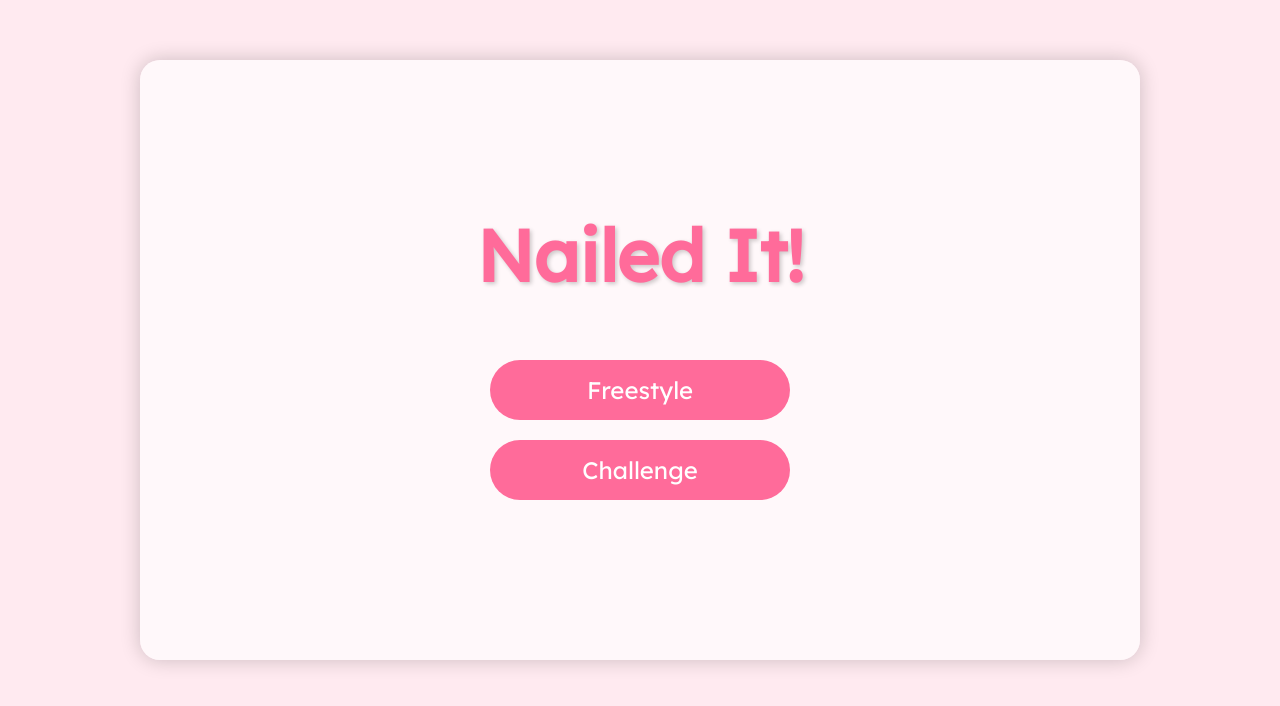
Repository: primcharlin/nailedit
Page: index.html
These files come from the project's save history. The page is drawn as it stood at one moment and after the next save; the edit follows.
The browser window is 1280 px wide. The pictures show the whole page.

Above is the page before, as saved 2025-04-24 21:10:10.
Not found: images/background.png

### index.html
<!DOCTYPE html>
<html lang="en">
    <head>
        <meta charset="UTF-8" />
        <meta
            name="viewport"
            content="width=device-width, initial-scale=1.0" />
        <title>Nail Salon Game</title>
        <link
            rel="stylesheet"
            href="styles.css" />
        <link
            href="https://fonts.googleapis.com/css2?family=Lexend&display=swap"
            rel="stylesheet" />
    </head>
    <body>
        <div id="game-container">
            <!-- Main Menu -->
            <div
                id="main-menu"
                class="menu">
                <h1>Nailed It!</h1>
                <button id="freestyle-button">Freestyle</button>
                <button id="challenge-button">Challenge</button>
            </div>

            <div
                id="character-selection"
                class="menu"
                style="display: none">
                <h1>Choose Your Character</h1>
                <div class="character-grid">
                    <div
                        class="character-option"
                        data-character="1">
                        <img
                            src="images/character1.png"
                            alt="Character 1" />
                        <p>Emma</p>
                    </div>
                    <div
                        class="character-option"
                        data-character="2">
                        <img
                            src="images/character2.png"
                            alt="Character 2" />
                        <p>Sophia</p>
                    </div>
                    <div
                        class="character-option"
                        data-character="3">
                        <img
                            src="images/character3.png"
                            alt="Character 3" />
                        <p>Olivia</p>
                    </div>
                </div>
                <button id="back-to-mode">Back</button>
            </div>

            <!-- Game Area -->
            <div
                id="game-area"
                class="game-area"
                style="display: none">
                <!-- Tools Panel will be created dynamically -->
                <div id="tools-panel"></div>

                <div id="hand">
                    <div
                        class="nail"
                        id="nail-1"></div>
                    <div
                        class="nail"
                        id="nail-2"></div>
                    <div
                        class="nail"
                        id="nail-3"></div>
                    <div
                        class="nail"
                        id="nail-4"></div>
                    <div
                        class="nail"
                        id="nail-5"></div>
                </div>

                <!-- Challenge Mode UI -->
                <div id="challenge-ui">
                    <h2>Reference Design</h2>
                    <div id="reference-image">
                        <div
                            class="reference-nail"
                            id="ref-nail-1"></div>
                        <div
                            class="reference-nail"
                            id="ref-nail-2"></div>
                        <div
                            class="reference-nail"
                            id="ref-nail-3"></div>
                        <div
                            class="reference-nail"
                            id="ref-nail-4"></div>
                        <div
                            class="reference-nail"
                            id="ref-nail-5"></div>
                    </div>
                    <div id="timer">60</div>
                </div>

                <!-- Controls -->
                <div id="controls">
                    <button
                        class="control-button"
                        id="reset-button">
                        Reset
                    </button>
                    <button
                        class="control-button"
                        id="back-button">
                        Main Menu
                    </button>
                    <button
                        class="control-button"
                        id="done-button">
                        Done
                    </button>
                </div>
            </div>

            <!-- Result Modal -->
            <div id="result-modal">
                <h2 id="result-title">Challenge Complete!</h2>
                <p id="result-message">You scored 85% match. Great job!</p>
                <div id="result-buttons">
                    <button
                        class="control-button"
                        id="try-again-button">
                        Try Again
                    </button>
                    <button
                        class="control-button"
                        id="menu-button">
                        Main Menu
                    </button>
                </div>
            </div>
        </div>

        <script src="script.js"></script>
    </body>
</html>

### styles.css
* {
    margin: 0;
    padding: 0;
    box-sizing: border-box;
    font-family: "Lexend", sans-serif;
}

body {
    background-color: #ffeaf0;
    display: flex;
    justify-content: center;
    align-items: center;
    min-height: 100vh;
    overflow: hidden;
}

h1 {
    font-family: "Lexend", sans-serif;
}

#game-container {
    width: 1000px;
    height: 600px;
    position: relative;
    background-image: url("images/background.png");
    background-size: cover;
    background-position: center;
    box-shadow: 0 0 20px rgba(0, 0, 0, 0.2);
    overflow: hidden;
    border-radius: 20px;
}

/* Main Menu */
#main-menu {
    position: absolute;
    width: 100%;
    height: 100%;
    display: flex;
    flex-direction: column;
    justify-content: center;
    align-items: center;
    background-color: rgba(255, 255, 255, 0.7);
    z-index: 100;
}

#main-menu h1 {
    font-size: 72px;
    color: #ff6b9a;
    margin-bottom: 50px;
    text-shadow: 2px 2px 4px rgba(0, 0, 0, 0.2);
}

#main-menu button {
    background-color: #ff6b9a;
    color: white;
    border: none;
    padding: 15px 30px;
    margin: 10px;
    font-size: 24px;
    border-radius: 30px;
    cursor: pointer;
    transition: all 0.3s ease;
    width: 300px;
}

#main-menu button:hover {
    background-color: #ff4d85;
    transform: scale(1.05);
}

/* Character Selection */
#character-selection {
    position: absolute;
    width: 100%;
    height: 100%;
    display: flex;
    flex-direction: column;
    justify-content: center;
    align-items: center;
    background-color: rgba(255, 234, 240, 0.8);
    z-index: 100;
}

#character-selection h1 {
    font-size: 48px;
    color: #ff6b9a;
    margin-bottom: 30px;
    text-shadow: 2px 2px 4px rgba(0, 0, 0, 0.2);
}

/* Game Area */
#game-area {
    display: none;
    width: 100%;
    height: 100%;
    position: relative;
}

/* Horizontal Tools Panel */
.horizontal-tools-panel {
    position: absolute;
    top: 20px;
    left: 50%;
    transform: translateX(-50%);
    width: 90%;
    background-color: white;
    border-radius: 20px;
    padding: 15px;
    box-shadow: 0 0 15px rgba(0, 0, 0, 0.1);
    z-index: 10;
}

.category-bar {
    display: flex;
    justify-content: space-between;
    align-items: center;
}

.category-button {
    display: flex;
    flex-direction: column;
    align-items: center;
    padding: 10px;
    border-radius: 10px;
    cursor: pointer;
    transition: all 0.2s ease;
}

.category-button:hover {
    background-color: #ffdee7;
}

.category-button.active {
    background-color: #ffb8cb;
}

.category-icon {
    margin-bottom: 5px;
}

.category-name {
    font-size: 14px;
    text-align: center;
}

.options-container {
    display: none;
    margin-top: 15px;
    padding-top: 15px;
    border-top: 1px solid #eee;
    justify-content: space-between;
}

.option-item {
    width: 60px;
    height: 60px;
    display: flex;
    align-items: center;
    justify-content: center;
    border-radius: 10px;
    cursor: pointer;
    transition: all 0.2s ease;
    margin: 0 5px;
}

.option-item:hover {
    transform: scale(1.1);
}

.option-item.selected {
    border: 3px solid #ff6b9a;
}

.color-preview {
    width: 45px;
    height: 45px;
    border-radius: 50%;
}

.deco-preview {
    width: 45px;
    height: 45px;
    background-size: contain;
    background-repeat: no-repeat;
    background-position: center;
}

/* Hand area */
#hand {
    position: absolute;
    bottom: 60px;
    left: 50%;
    transform: translateX(-50%);
    width: 600px;
    height: 300px;
    background-color: #ffebe7;
    border-radius: 200px 200px 0 0;
}

.nail {
    position: absolute;
    width: 60px;
    height: 90px;
    background-color: #ffdee7;
    border-radius: 30px 30px 0 0;
    cursor: pointer;
    z-index: 5;
    transition: all 0.2s ease;
}

.nail:hover {
    transform: translateY(-5px);
}

#nail-1 {
    bottom: 50px;
    left: 120px;
    transform: rotate(-15deg);
}
#nail-2 {
    bottom: 70px;
    left: 210px;
    transform: rotate(-7deg);
}
#nail-3 {
    bottom: 80px;
    left: 300px;
}
#nail-4 {
    bottom: 70px;
    left: 390px;
    transform: rotate(7deg);
}
#nail-5 {
    bottom: 50px;
    left: 480px;
    transform: rotate(15deg);
}

/* Decoration classes */
.glitter-gold {
    background-image: radial-gradient(circle, #ffdc73 10%, transparent 10%),
        radial-gradient(circle, #ffdc73 10%, transparent 10%);
    background-color: gold;
    background-size: 10px 10px;
    background-position: 0 0, 5px 5px;
}
.glitter-silver {
    background-image: radial-gradient(circle, #ffffff 10%, transparent 10%),
        radial-gradient(circle, #ffffff 10%, transparent 10%);
    background-color: silver;
    background-size: 10px 10px;
    background-position: 0 0, 5px 5px;
}
.glitter-rainbow {
    background-image: linear-gradient(
        45deg,
        red,
        orange,
        yellow,
        green,
        blue,
        indigo,
        violet
    );
}
.glitter-blue {
    background-image: radial-gradient(circle, #ffffff 10%, transparent 10%),
        radial-gradient(circle, #ffffff 10%, transparent 10%);
    background-color: #00ffff;
    background-size: 10px 10px;
    background-position: 0 0, 5px 5px;
}
.glitter-pink {
    background-image: radial-gradient(circle, #ffffff 10%, transparent 10%),
        radial-gradient(circle, #ffffff 10%, transparent 10%);
    background-color: #ff69b4;
    background-size: 10px 10px;
    background-position: 0 0, 5px 5px;
}

.pattern-stripes {
    background-image: repeating-linear-gradient(
        45deg,
        transparent,
        transparent 10px,
        #ff6b9a 10px,
        #ff6b9a 20px
    );
}
.pattern-dots {
    background-image: radial-gradient(circle, #ff6b9a 20%, transparent 20%),
        radial-gradient(circle, #ff6b9a 20%, transparent 20%);
    background-size: 20px 20px;
    background-position: 0 0, 10px 10px;
}
.pattern-zigzag {
    background-image: linear-gradient(135deg, #ff6b9a 25%, transparent 25%) 0 0,
        linear-gradient(225deg, #ff6b9a 25%, transparent 25%) 0 0,
        linear-gradient(315deg, #ff6b9a 25%, transparent 25%) 0 0,
        linear-gradient(45deg, #ff6b9a 25%, transparent 25%) 0 0;
    background-size: 20px 20px;
}
.pattern-leopard {
    background-image: radial-gradient(
        ellipse,
        #000000 0%,
        #000000 30%,
        transparent 30%
    );
    background-size: 30px 30px;
    background-repeat: repeat;
}
.pattern-marble {
    background-image: linear-gradient(
            to right,
            rgba(255, 255, 255, 0.1),
            rgba(255, 255, 255, 0.5)
        ),
        linear-gradient(120deg, rgba(0, 0, 0, 0.1), rgba(0, 0, 0, 0.3));
}

.sticker-heart:after {
    content: "❤";
    font-size: 40px;
    color: red;
    display: flex;
    justify-content: center;
    align-items: center;
    height: 100%;
}
.sticker-star:after {
    content: "★";
    font-size: 40px;
    color: gold;
    display: flex;
    justify-content: center;
    align-items: center;
    height: 100%;
}
.sticker-flower:after {
    content: "✿";
    font-size: 40px;
    color: #ff6b9a;
    display: flex;
    justify-content: center;
    align-items: center;
    height: 100%;
}
.sticker-butterfly:after {
    content: "🦋";
    font-size: 40px;
    display: flex;
    justify-content: center;
    align-items: center;
    height: 100%;
}
.sticker-diamond:after {
    content: "💎";
    font-size: 40px;
    display: flex;
    justify-content: center;
    align-items: center;
    height: 100%;
}

.gem-round:after {
    content: "";
    position: absolute;
    top: 50%;
    left: 50%;
    transform: translate(-50%, -50%);
    width: 20px;
    height: 20px;
    background-color: #00ffff;
    border-radius: 50%;
    box-shadow: 0 0 5px #00ffff, 0 0 10px #00ffff;
}
.gem-square:after {
    content: "";
    position: absolute;
    top: 50%;
    left: 50%;
    transform: translate(-50%, -50%);
    width: 20px;
    height: 20px;
    background-color: #ff00ff;
    box-shadow: 0 0 5px #ff00ff, 0 0 10px #ff00ff;
}
.gem-teardrop:after {
    content: "";
    position: absolute;
    top: 50%;
    left: 50%;
    transform: translate(-50%, -50%) rotate(45deg);
    width: 15px;
    height: 25px;
    background-color: #4169e1;
    border-radius: 50% 50% 50% 0;
    box-shadow: 0 0 5px #4169e1, 0 0 10px #4169e1;
}
.gem-heart:after {
    content: "❤";
    font-size: 25px;
    color: #ff0000;
    display: flex;
    justify-content: center;
    align-items: center;
    height: 100%;
    text-shadow: 0 0 5px #ff0000, 0 0 10px #ff0000;
}
.gem-star:after {
    content: "★";
    font-size: 25px;
    color: #ffd700;
    display: flex;
    justify-content: center;
    align-items: center;
    height: 100%;
    text-shadow: 0 0 5px #ffd700, 0 0 10px #ffd700;
}

/* Challenge Mode UI */
#challenge-ui {
    display: none;
    position: absolute;
    top: 100px;
    right: 20px;
    width: 200px;
    background-color: white;
    border-radius: 20px;
    padding: 20px;
    box-shadow: 0 0 15px rgba(0, 0, 0, 0.1);
}

#reference-image {
    width: 100%;
    height: 150px;
    background-color: #ffdee7;
    margin-bottom: 20px;
    border: 1px solid #ddd;
    border-radius: 10px;
    display: flex;
    justify-content: center;
    align-items: center;
}

#timer {
    font-size: 32px;
    text-align: center;
    margin-bottom: 20px;
    color: #ff6b9a;
}

/* UI Controls */
#controls {
    position: absolute;
    bottom: 20px;
    left: 50%;
    transform: translateX(-50%);
    display: flex;
    gap: 20px;
}

.control-button {
    background-color: #ff6b9a;
    color: white;
    border: none;
    padding: 10px 20px;
    font-size: 18px;
    border-radius: 20px;
    cursor: pointer;
    transition: all 0.3s ease;
}

.control-button:hover {
    background-color: #ff4d85;
}

/* Modal for results */
#result-modal {
    display: none;
    position: absolute;
    top: 50%;
    left: 50%;
    transform: translate(-50%, -50%);
    width: 400px;
    background-color: white;
    border-radius: 20px;
    padding: 30px;
    box-shadow: 0 0 30px rgba(0, 0, 0, 0.3);
    text-align: center;
    z-index: 200;
}

#result-title {
    font-size: 36px;
    margin-bottom: 20px;
    color: #ff6b9a;
}

#result-message {
    font-size: 20px;
    margin-bottom: 30px;
}

#result-buttons {
    display: flex;
    justify-content: center;
    gap: 20px;
}

/* Reference nails for challenge mode */
.reference-nail {
    width: 25px;
    height: 40px;
    background-color: #ffdee7;
    border-radius: 15px 15px 0 0;
    display: inline-block;
    margin: 0 3px;
}

.character-grid {
    display: grid;
    grid-template-columns: repeat(3, 1fr);
    gap: 20px;
    margin: 20px 0;
}

.character-option {
    display: flex;
    flex-direction: column;
    align-items: center;
    padding: 15px;
    border: 2px solid #ff6b9a;
    border-radius: 10px;
    cursor: pointer;
    transition: transform 0.2s, box-shadow 0.2s;
}

.character-option:hover {
    transform: scale(1.05);
    box-shadow: 0 0 15px rgba(255, 107, 154, 0.3);
}

.character-option img {
    width: 120px;
    height: 120px;
    object-fit: cover;
    border-radius: 50%;
    margin-bottom: 10px;
}

.character-option p {
    margin: 0;
    font-size: 1.2em;
    color: #333;
}

#back-to-mode {
    margin-top: 20px;
    padding: 10px 20px;
    background-color: #ff6b9a;
    color: white;
    border: none;
    border-radius: 5px;
    cursor: pointer;
    font-size: 1em;
    transition: background-color 0.2s;
}

#back-to-mode:hover {
    background-color: #ff4d8a;
}

Loaded but not shown: script.js (695 lines, source omitted)

After the next save:
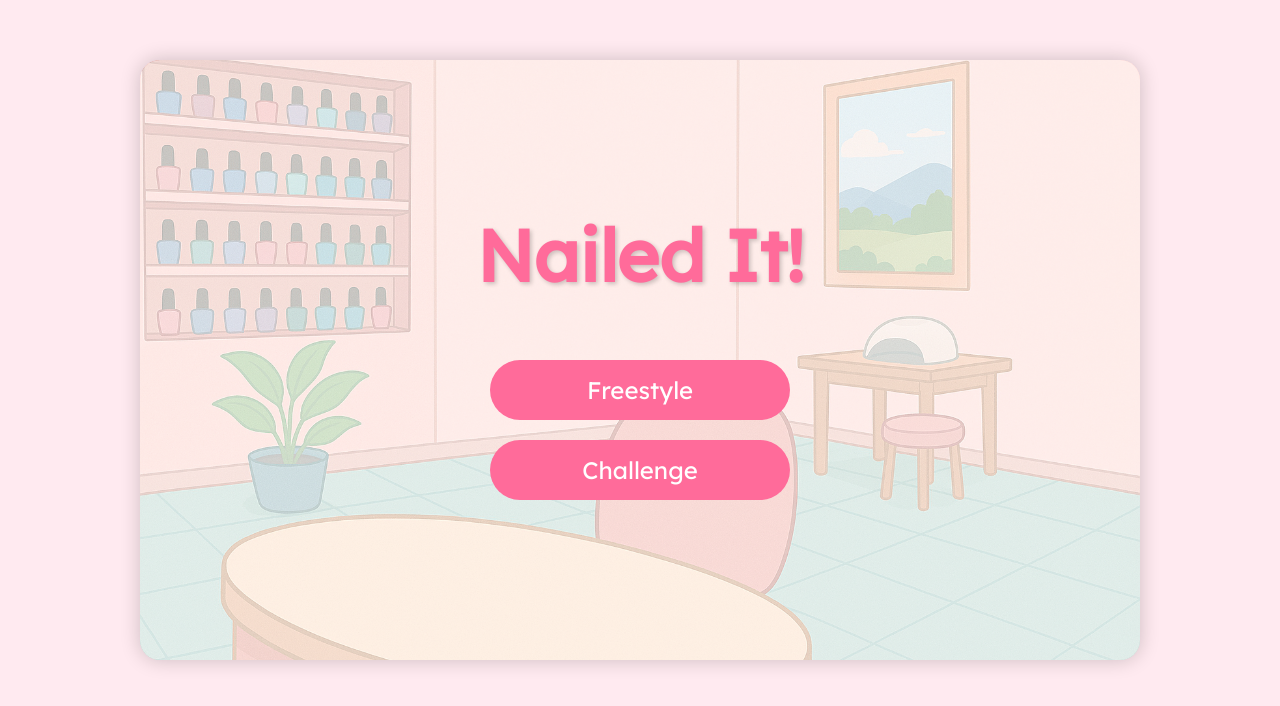
Saved 69 s later.
--- a/styles.css
+++ b/styles.css
@@ -22,7 +22,7 @@ h1 {
     width: 1000px;
     height: 600px;
     position: relative;
-    background-image: url("images/background.png");
+    background-image: url("img/background.png");
     background-size: cover;
     background-position: center;
     box-shadow: 0 0 20px rgba(0, 0, 0, 0.2);
